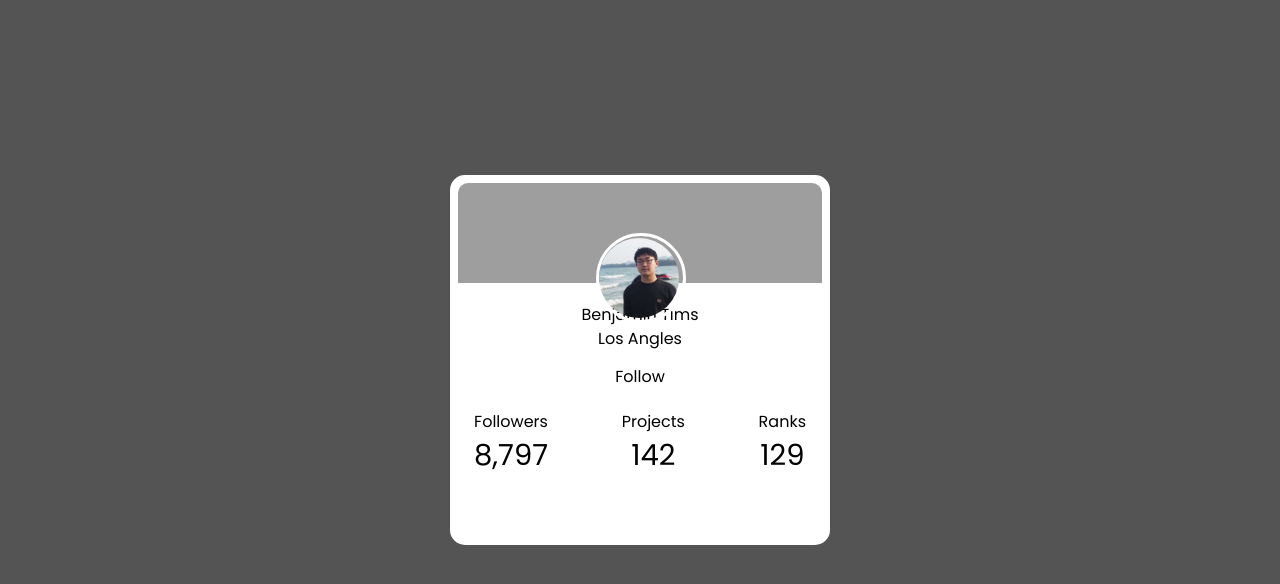
Repository: varotsk137/INT203_62130500080
Page: 62130500080_groupwork_2/myprofile.html
An editor plug-in stored every save of this project. The page is shown before and after a run of saves, followed by the edit.
The browser window is 1280 px wide. The pictures show the whole page.
Pictures or frames that could not be fetched are drawn as grey boxes.

Above is the page before, as saved 2021-02-03 10:53:26.

### 62130500080_groupwork_2/myprofile.html
<!DOCTYPE html>
<html lang="en">

<head>
  <meta charset="UTF-8" />
  <meta name="viewport" content="width=device-width, initial-scale=1.0" />
  <title>Basic Vue Js - HelloWorld App</title>

  <!-- https://google.github.io/material-design-icons/#icon-font-for-the-web -->
  <!-- Using via Google Web Fonts -->
  <link href="https://fonts.googleapis.com/icon?family=Material+Icons" rel="stylesheet" />

  <!-- https://tailwindcss.com/docs/installation -->
  <!-- Using Tailwind via CDN -->
  <link href="https://unpkg.com/tailwindcss@^2/dist/tailwind.min.css" rel="stylesheet" />

  <!-- https://v3.vuejs.org/guide/installation.html#release-notes -->
  <!-- Vue CDN -->
  <script src="https://unpkg.com/vue@next"></script>

  <style>
    @import url("https://fonts.googleapis.com/css2?family=Poppins:weight@100;200;300;400;500;600;700;800&display=swap");

    body {
      background-color: #545454;
      font-family: "Poppins", sans-serif;
      font-weight: 300
    }

    .container {
      height: 100vh
    }

    .card {
      width: 380px;
      border: none;
      border-radius: 15px;
      padding: 8px;
      background-color: #fff;
      position: relative;
      height: 370px
    }

    .upper {
      height: 100px
    }

    .upper img {
      width: 100%;
      border-top-left-radius: 10px;
      border-top-right-radius: 10px
    }

    .user {
      position: relative
    }

    .profile img {
      height: 80px;
      width: 80px;
      margin-top: 2px
    }

    .profile {
      position: absolute;
      top: -50px;
      left: 38%;
      height: 90px;
      width: 90px;
      border: 3px solid #fff;
      border-radius: 50%
    }

    .follow {
      border-radius: 15px;
      padding-left: 20px;
      padding-right: 20px;
      height: 35px
    }

    .stats span {
      font-size: 29px
    }
  </style>
</head>

<body>
  <div id="app" class="container flex justify-center items-center">
    <div class="card">
      <div class="upper"> <img :src="bg" class="h-full"> </div>
      <div class="user text-center justify-center">
        <div class="profile"> <img :src="me" class="rounded-full" width="80"> </div>
      </div>
      <div class="mt-5 text-center">
        <h4 class="mb-0">Benjamin Tims</h4> <span class="text-muted block mb-2">Los Angles</span> <button
          class="btn btn-primary btn-sm follow">Follow</button>
        <div class="flex justify-between items-center mt-4 px-4">
          <div class="stats">
            <h6 class="mb-0">Followers</h6> <span>8,797</span>
          </div>
          <div class="stats">
            <h6 class="mb-0">Projects</h6> <span>142</span>
          </div>
          <div class="stats">
            <h6 class="mb-0">Ranks</h6> <span>129</span>
          </div>
        </div>
      </div>
    </div>
  </div>

  <!-- my main.js -->
  <script src="./profile.js"></script>
</body>

</html>

### 62130500080_groupwork_2/profile.js
const app = {
    data() {
        return {
                bg: "./images/bg.png"
            ,   me: "./images/me.jpg"

        }
    }
    ,created() {
        console.log("message is: "+this.msg)
    }
    , updated (){
        console.log("message change to: "+this.msg)
    }


}


var mountedApp = Vue.createApp(app).mount('#app');

After the next 3 saves:
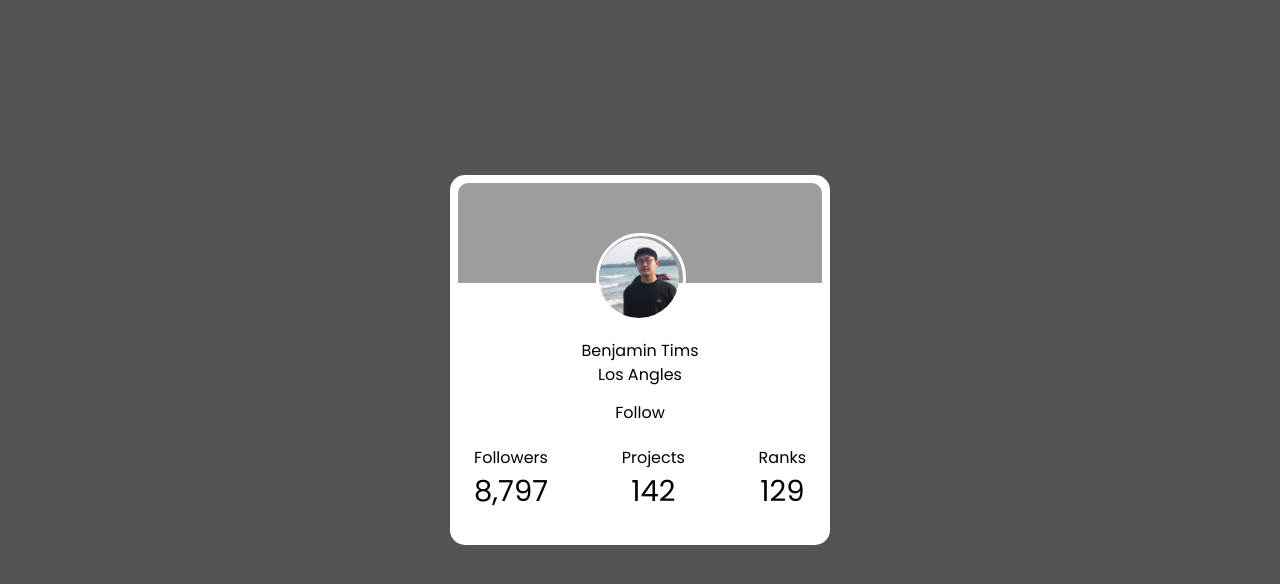
The 3 saves are shown as one change because they came seconds apart.
The last was saved 15 s later.
--- a/62130500080_groupwork_2/myprofile.html
+++ b/62130500080_groupwork_2/myprofile.html
@@ -91,7 +91,7 @@
       <div class="user text-center justify-center">
         <div class="profile"> <img :src="me" class="rounded-full" width="80"> </div>
       </div>
-      <div class="mt-5 text-center">
+      <div class="mt-14 text-center">
         <h4 class="mb-0">Benjamin Tims</h4> <span class="text-muted block mb-2">Los Angles</span> <button
           class="btn btn-primary btn-sm follow">Follow</button>
         <div class="flex justify-between items-center mt-4 px-4">
